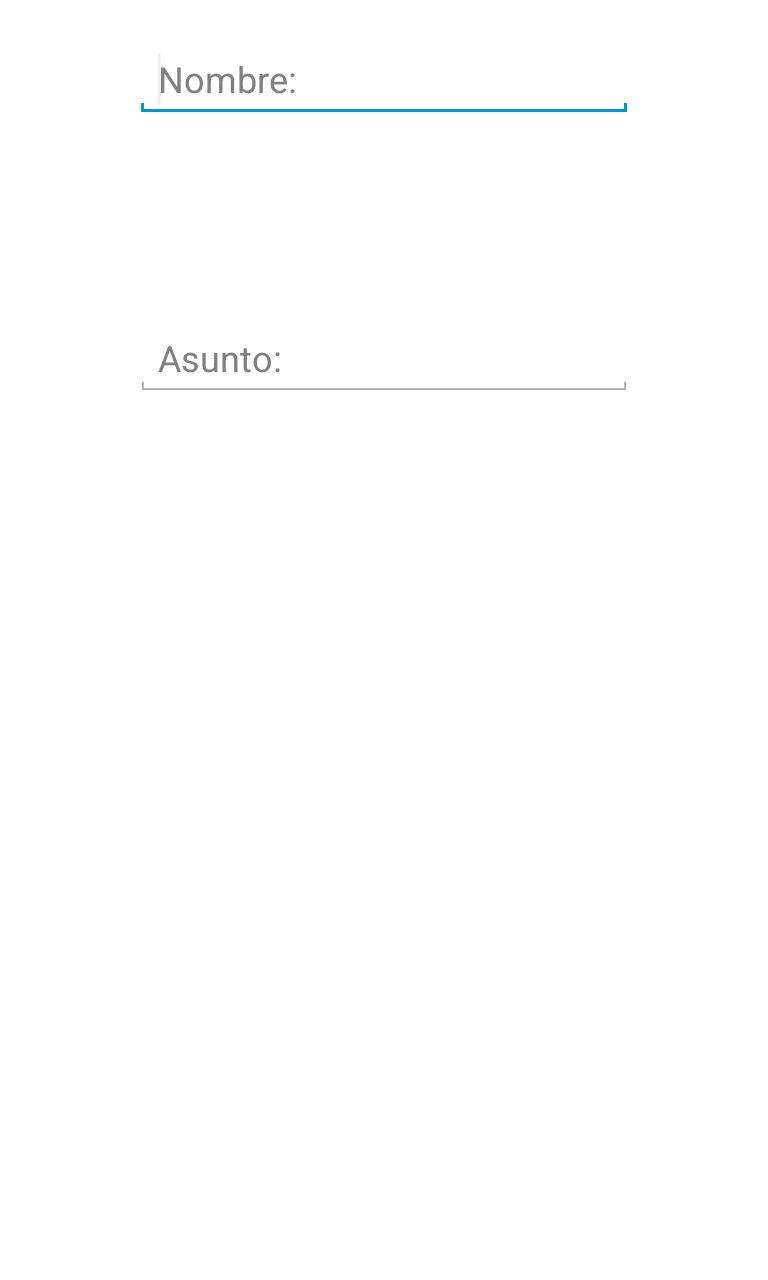
Repository: armandobs94/Dental.App
Layout: AplicacionMovil/DentalApp/Dental.App/res/layout/layout_contacto.xml
An editor plug-in stored every save of this project. The layout is shown before and after the next save, followed by the edit.
It is drawn on a 768 x 1280 px phone screen (xhdpi) without system bars, with theme AppTheme; the app's code is not run.

Above is the layout before, as saved 2015-06-13 03:34:41.

After the next save:
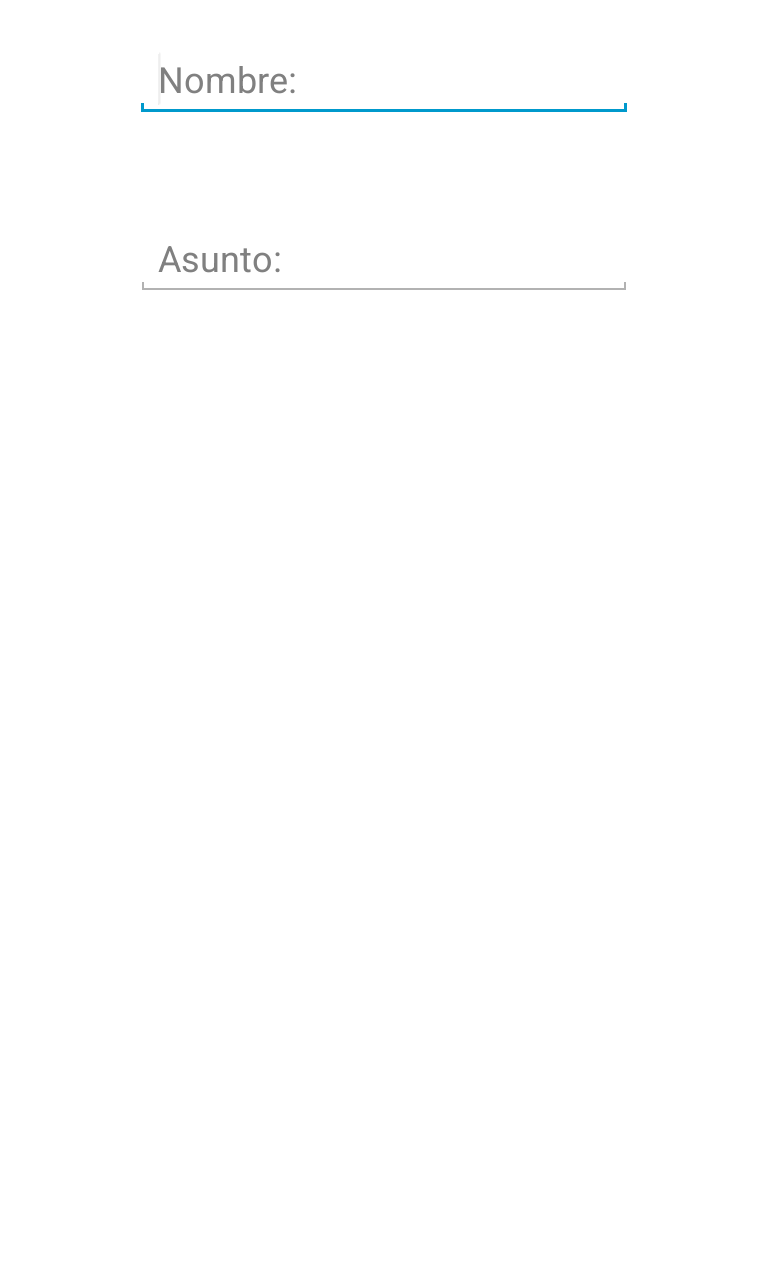
Saved 6 s later.
--- a/AplicacionMovil/DentalApp/Dental.App/res/layout/layout_contacto.xml
+++ b/AplicacionMovil/DentalApp/Dental.App/res/layout/layout_contacto.xml
@@ -35,7 +35,7 @@
                 android:layout_height="wrap_content"
                 android:layout_gravity="center_horizontal"
                 android:ems="10"
-                android:layout_marginTop="100dp"
+                android:layout_marginTop="50dp"
                 android:hint="@string/campoAsunto" />
 
         </LinearLayout>
